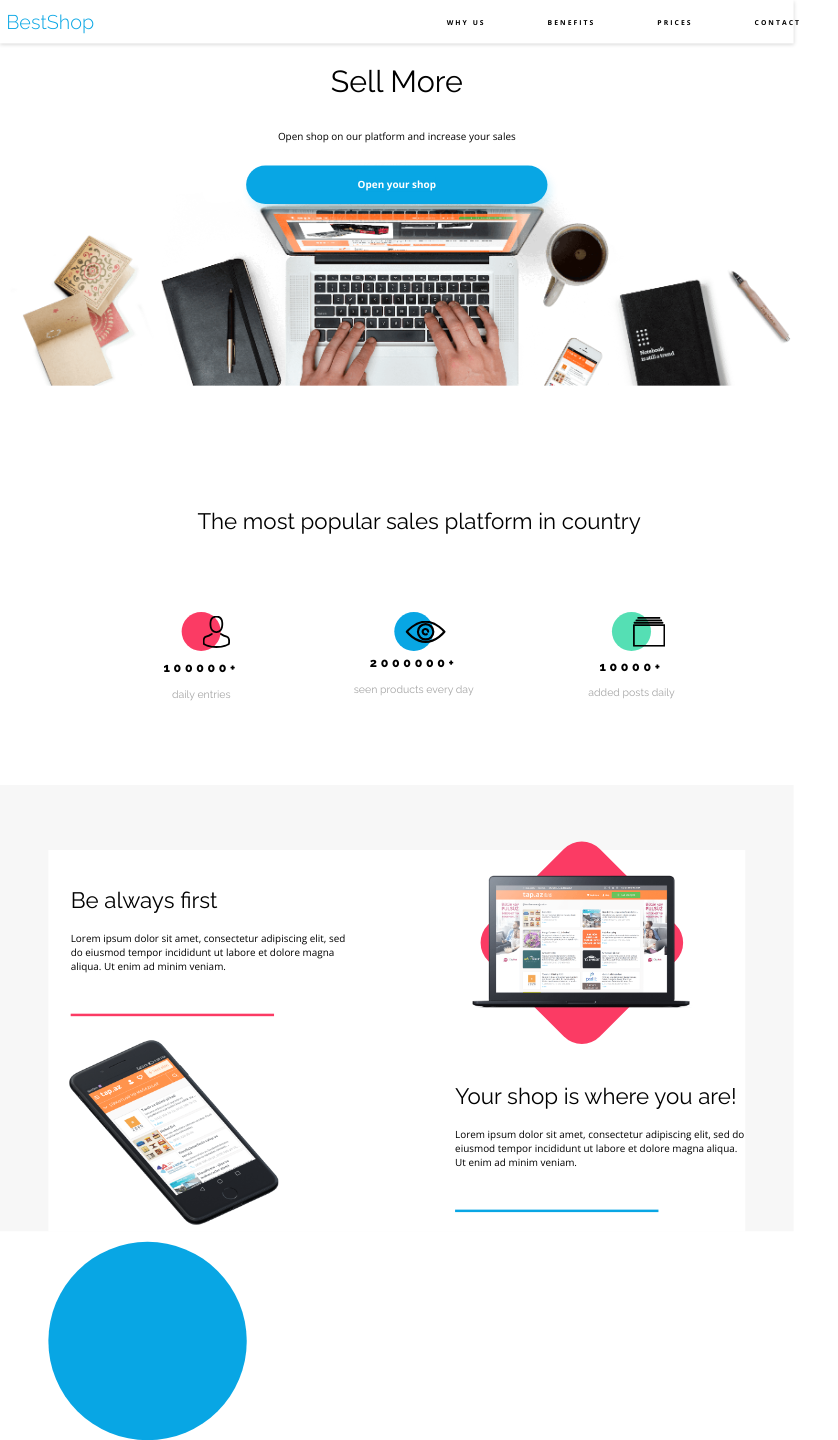
Repository: Widzisz/bestshop-website
Page: index.html
The author's editor kept a copy of each file at every save. The page is drawn from the files as they stood at one save, then again after the next save.
The browser window is 1280 px wide. The page is 1352 px wide, so the pictures cover 1352 px, including what lies to the right of the window. The pictures show the whole page, at 62% of full size.

Above is the page before, as saved 2021-03-19 21:40:23.

### index.html
<!DOCTYPE html>
<html lang="en">

<head>
  <meta charset="UTF-8">
  <meta http-equiv="X-UA-Compatible" content="IE=edge">
  <meta name="viewport" content="width=device-width, initial-scale=1.0">
  <link rel="preconnect" href="https://fonts.gstatic.com">
  <link
    href="https://fonts.googleapis.com/css2?family=Open+Sans:ital,wght@0,300;0,400;0,600;0,700;0,800;1,300;1,400;1,600;1,700;1,800&family=Raleway:ital,wght@0,100;0,200;0,300;0,400;0,500;0,600;0,700;0,800;0,900;1,100;1,200;1,300;1,400;1,500;1,600;1,700;1,800;1,900&display=swap"
    rel="stylesheet">
  <title>BestShop</title>
  <link rel="stylesheet" href="css/normalize.css">
  <link rel="stylesheet" href="css/style.css">
</head>

<body>
  <div class="hero">
    <!--!!! HEADER + NAV !!!-->
    <header class="header">
      <div class="container">

        <div class="logo">
          <a href="" class="logo__title">
            BestShop
          </a>
        </div>

        <nav class="menu">
          <ul class="menu__list">
            <li><a href="">WHY US</a></li>
            <li><a href="">BENEFITS</a></li>
            <li><a href="">PRICES</a></li>
            <li><a href="">CONTACT</a></li>
          </ul>
        </nav>

      </div>
    </header>

    <!--!!! SEKCJA PIERWSZA !!!-->
    <section class="welcome">
      <div class="welcome__rows">
        <h1 class="welcome__rows-title">
          Sell More
        </h1>
        <p class="welcome__rows-text">
          Open shop on our platform and increase your sales
        </p>
        <div class="welcome__rows-btn">
          <a href="" class="welcome__rows-btn-1">
            Open your shop
          </a>
        </div>
      </div>
    </section>

    <!--!!! SEKCJA DRUGA !!!-->
    <section class="container">
      <div class="statistics">
        <h2 class="statistics__title">
          The most popular sales platform in country
        </h2>

        <div class="statistics__rows">

          <div class="statistics__rows-1">
            <div class="statistics__rows-picture">
              <div class="statistics__rows-circle-1">
              </div>
              <img src="images/person.svg" alt="" class="statistics-icon-1">
            </div>
            <p class="statistics__rows-numbers">
              100000+
            </p>
            <p class="statistics__rows-text">
              daily entries
            </p>
          </div>

          <div class="statistics__rows-2">
            <div class="statistics__rows-picture">
              <div class="statistics__rows-circle-2">
              </div>
              <img src="images/eye.svg" alt="" class="statistics-icon-2">
            </div>
            <p class="statistics__rows-numbers">
              2000000+
            </p>
            <p class="statistics__rows-text">
              seen products every day
            </p>
          </div>

          <div class="statistics__rows-3">
            <div class="statistics__rows-picture">
              <div class="statistics__rows-circle-3">
              </div>
              <img src="images/catalog.svg" alt="" class="statistics-icon-3">
            </div>
            <p class="statistics__rows-numbers">
              10000+
            </p>
            <p class="statistics__rows-text">
              added posts daily
            </p>
          </div>


        </div>
      </div>
    </section>


    <!--!!! SEKCJA TRZECIA !!!-->
    <div class="hero-2">
      <section class="container-2">

        <div class="promotion-1">
          <div class="promotion__image-1">
            <div class="promotion__picture">
              <img src="images/macbook.png" alt="" class="promotion__picture-1">
            </div>
            <div class="promotion__image-figure-1">
            </div>
          </div>
          <div class="text__rows">
            <h2 class="text__rows-title">
              Be always first
            </h2>
            <p class="text__rows-text">
              Lorem ipsum dolor sit amet, consectetur adipiscing elit, sed do eiusmod tempor incididunt ut labore et
              dolore magna aliqua. Ut enim ad minim veniam.
            </p>
            <div class="text__rows-underline-1">
            </div>
          </div>
        </div>

        <div class="promotion-2">
          <div class="promotion__image-2">
            <div class="promotion__picture">
              <img src="images/iphone.png" alt="" class="promotion__picture-2">
            </div>
            <div class="promotion__image-figure-2">
            </div>
          </div>
          <div class="text__rows">
            <h2 class="text__rows-title">
              Your shop is where you are!
            </h2>
            <p class="text__rows-text">
              Lorem ipsum dolor sit amet, consectetur adipiscing elit, sed do eiusmod tempor incididunt ut labore et
              dolore magna aliqua. Ut enim ad minim veniam.
            </p>
            <div class="text__rows-underline-2">
            </div>
          </div>
        </div>
























      </section>
    </div>

  </div>

  </div>




</body>

</html>

### css/style.css
:root {
  --c-primary: #08a6e4;
  --c-primary-shadow: rgba(7, 172, 230, 0.16);
  --c-redish: #fb3b64;
  --c-green: #55dfb4;
  --c-black: #000000;
  --c-grey: #a5a5a5;
  --c-light-grey: #f7f7f7;
  --c-white: #ffffff;
  --font-open: "Open Sans", sans-serif;
  --font-raleway: "Raleway", sans-serif;
  --cursor-pointer: pointer;
}

html {
}

* {
  box-sizing: border-box;
}
body {
  margin: 0;
}

.container {
  width: 1352px;
  margin: 0 auto;
  padding-left: 10px;
  padding-right: 10px;
}

/* -------------------------------------------------------------------------
                           NAGŁÓWEK
------------------------------------------------------------------------- */
.hero {
  width: 100%;
  height: 100vh;
  background-color: var(--c-white);
}

.header {
  width: 100%;
  height: 70px;
  background-color: var(--c-white);
  box-shadow: 0px 3px 6px #00000029;
  opacity: 1;
}

.header .container {
  height: 100%;
  display: flex;
  justify-content: space-between;
  align-items: center;
}

.logo {
}

.logo__title {
  text-align: left;
  text-decoration: none;
  color: var(--c-primary);
  letter-spacing: 0px;
  opacity: 1;
  font: normal normal 300 32px/37px var(--font-raleway);
  cursor: var(--cursor-pointer);
}

.menu {
}
.menu__list {
  list-style-type: none;
  display: flex;
}
.menu__list a {
  padding: 0 50px;
  text-decoration: none;
  text-align: center;
  font: normal normal bold 11px/15px var(--font-open);
  letter-spacing: 3.28px;
  color: var(--c-black);
  opacity: 1;
  position: relative;
}

.menu__list a::before {
  content: "";
  position: absolute;
  width: 100%;
  height: 4px;
  top: 40px;
  left: 0;
  background-color: var(--c-primary);
  visibility: hidden;
  transform: scaleX(0);
  transition: all 0.3s ease-in-out 0s;
}

.menu__list a:hover::before {
  visibility: visible;
  transform: scaleX(0.5);
}

/* -------------------------------------------------------------------------
                           SEKCJA PIERWSZA
------------------------------------------------------------------------- */
.welcome {
  height: 100vh;
  background-image: url(../images/background.png);
  background-repeat: no-repeat;
  background-size: contain;
  background-position: center;
}

.welcome__rows {
  display: flex;
  justify-content: center;
  align-items: center;
  flex-direction: column;
  padding-bottom: 100px;
}

.welcome__rows-title {
  text-align: center;
  font: normal normal normal 49px/57px var(--font-raleway);
  letter-spacing: 0px;
  color: var(--c-black);
  opacity: 1;
}

.welcome__rows-text {
  text-align: center;
  font: normal normal normal 16px/22px var(--font-open);
  letter-spacing: 0px;
  color: var(--c-black);
  opacity: 1;
}

.welcome__rows-btn {
  margin-top: 20px;
  padding: 20px 180px;
  background: var(--c-primary);
  box-shadow: 5px 10px 14px #07ace629;
  border-radius: 40px;
  opacity: 1;
}

.welcome__rows-btn-1 {
  font: normal normal bold 16px/22px var(--font-open);
  text-align: center;
  letter-spacing: 0px;
  background: var(--c-primary);
  color: var(--c-white);
  text-decoration: none;
}

/* -------------------------------------------------------------------------
                           SEKCJA DRUGA
------------------------------------------------------------------------- */

.statistics {
  display: flex;
  justify-content: center;
  align-items: center;
  flex-direction: column;
}
.statistics__title {
  text-align: center;
  font: normal normal normal 36px/42px var(--font-raleway);
  letter-spacing: 0px;
  color: var(--c-black);
  opacity: 1;
  padding-bottom: 101px;
}

.statistics__rows {
  display: flex;
  justify-content: center;
  align-items: center;
  gap: 185px;
  padding-bottom: 120px;
}

.statistics__rows-picture {
  display: flex;
  justify-content: center;
  align-items: center;
}

.statistics__rows-circle-1 {
  height: 63px;
  width: 63px;
  background: var(--c-redish);
  border-radius: 50%;
  opacity: 1;
  position: absolute;
  z-index: 0;
}

.statistics__rows-circle-2 {
  height: 63px;
  width: 63px;
  background: var(--c-primary);
  border-radius: 50%;
  opacity: 1;
  position: absolute;
  z-index: 0;
}

.statistics__rows-circle-3 {
  height: 63px;
  width: 63px;
  background: var(--c-green);
  border-radius: 50%;
  opacity: 1;
  position: absolute;
  z-index: 0;
}

.statistics-icon-1 {
  position: relative;
  left: 20%;
  z-index: 1;
}

.statistics-icon-2 {
  position: relative;
  left: 10%;
  z-index: 1;
}

.statistics-icon-3 {
  position: relative;
  left: 20%;
  z-index: 1;
}

.statistics__rows-numbers {
  text-align: center;
  font: normal normal 800 20px/24px var(--font-raleway);
  letter-spacing: 5.96px;
  color: var(--c-black);
  opacity: 1;
}

.statistics__rows-text {
  text-align: center;
  font: normal normal normal 17px/20px var(--font-raleway);
  letter-spacing: 0px;
  color: var(--c-grey);
  opacity: 1;
}

/* -------------------------------------------------------------------------
                             SEKCJA TRZECIA
------------------------------------------------------------------------- */

.hero-2 {
  width: 100%;
  height: 100vh;
  background: var(--c-light-grey);
  padding-top: 105px;
  display: flex;
  justify-content: center;
}

.container-2 {
  width: 1124px;
  background: var(--c-white);
}

.promotion-1 {
  display: flex;
  justify-content: space-between;
  align-items: center;
  flex-direction: row-reverse;
  gap: 169px;
}

.promotion__image-1 {
  padding-right: 71px;
  padding-bottom: 38px;
  padding-top: 38px;
  display: flex;
  justify-content: center;
  align-items: center;
}
.promotion__picture {
}
.promotion__picture-1 {
  width: 386px;
  height: 219px;
  position: relative;
  z-index: 1;
}
.promotion__image-figure-1 {
  background-color: var(--c-redish);
  width: 255px;
  height: 255px;
  border-radius: 41px;
  opacity: 1;
  transform: rotate(45deg);
  position: absolute;
  z-index: 0;
}
.text__rows {
  padding-left: 36px;
}
.text__rows-title {
  text-align: left;
  font: normal normal normal 36px/42px var(--font-raleway);
  letter-spacing: 0px;
  color: var(--c-black);
  opacity: 1;
}
.text__rows-text {
  text-align: left;
  font: normal normal normal 16px/22px var(--font-open);
  letter-spacing: 0px;
  color: var(--c-black);
  opacity: 1;
}
.text__rows-underline-1 {
  width: 328px;
  height: 0px;
  border-bottom: 4px solid var(--c-redish);
  padding-top: 50px;
  opacity: 1;
}

.promotion-2 {
    display: flex;
    justify-content: space-between;
    align-items: center;
    gap: 194px;
  }


.promotion__image-2 {
}

.promotion__picture-2 {
  width: 426px;
  height: 328px;
  position: relative;
  z-index: 0;
}

.promotion__image-figure-2 {
    width: 320px;
height: 320px;
background: var(--c-primary);
border-radius: 50%;
position: absolute;
z-index: 1;
}

.text__rows-underline-2 {
  width: 328px;
  height: 0px;
  border-bottom: 4px solid var(--c-primary);
  padding-top: 50px;

}

Loaded but not shown: css/normalize.css (library)

After the next save:
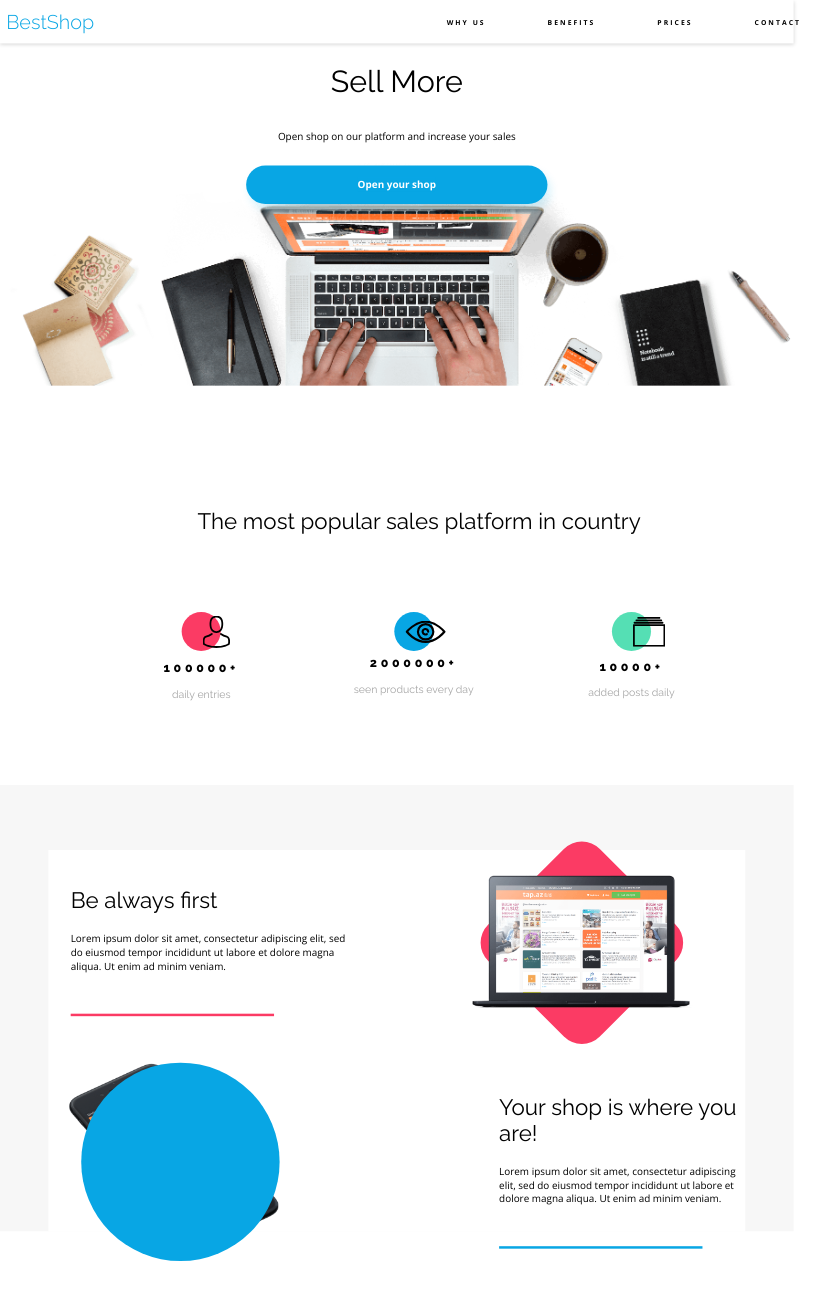
Saved 55 s later.
--- a/css/style.css
+++ b/css/style.css
@@ -337,6 +337,12 @@ body {
 
 
 .promotion__image-2 {
+    padding-right: 71px;
+  padding-bottom: 38px;
+  padding-top: 38px;
+  display: flex;
+  justify-content: center;
+  align-items: center;
 }
 
 .promotion__picture-2 {
